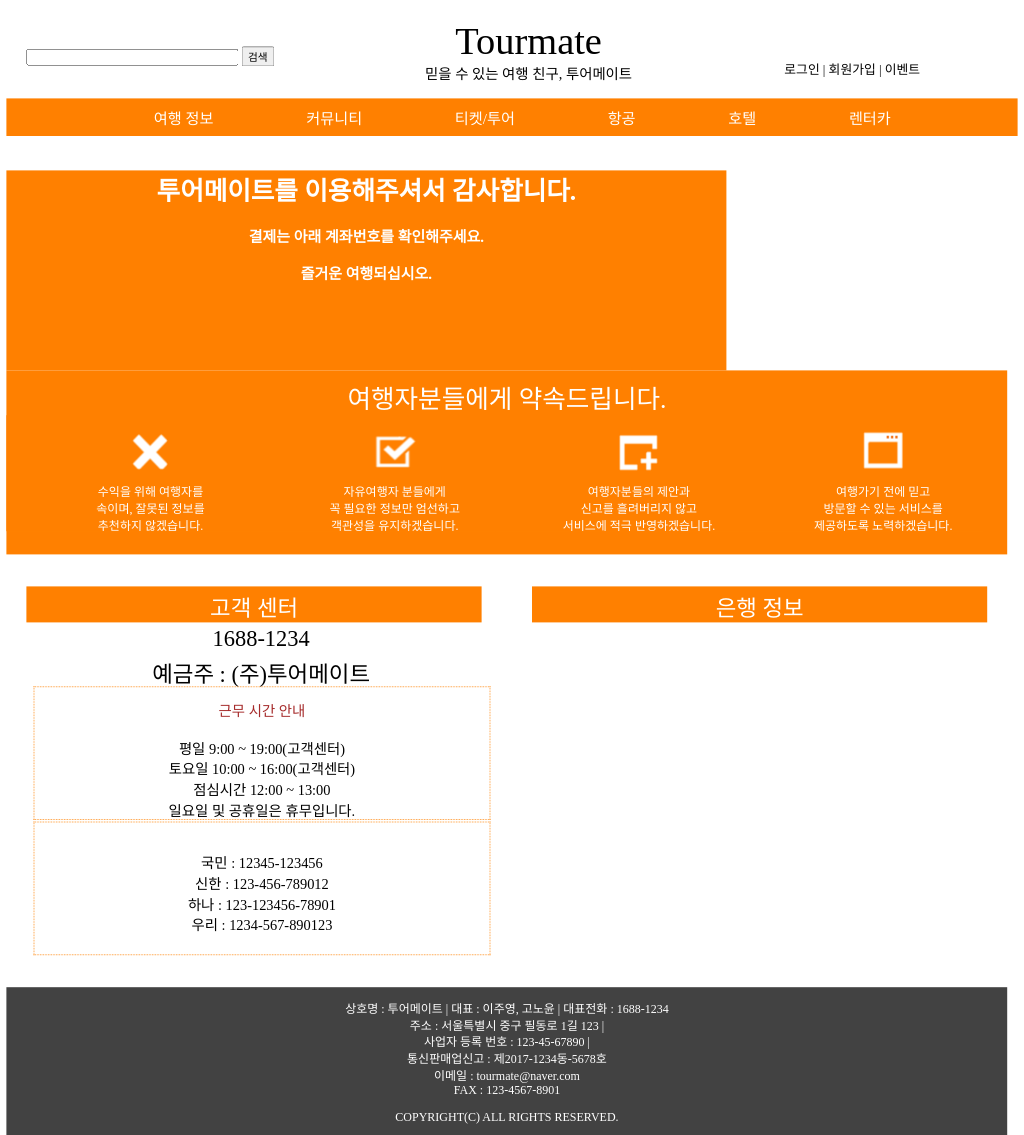
Repository: nohyoonko/2017-2-WP-Tourmate
Page: http://localhost/Tourmate/항공_ok.jsp
The author's editor kept a copy of each file at every save. The page is drawn from the files as they stood at one save, then again after the next save.
The browser window is 1280 px wide. The pictures show the whole page, at 80% of full size.
Some web libraries are served in a nearby version. The page is served by Tomcat 9.

Above is the page before, as saved 2017-12-06 13:18:33.

After the next save:
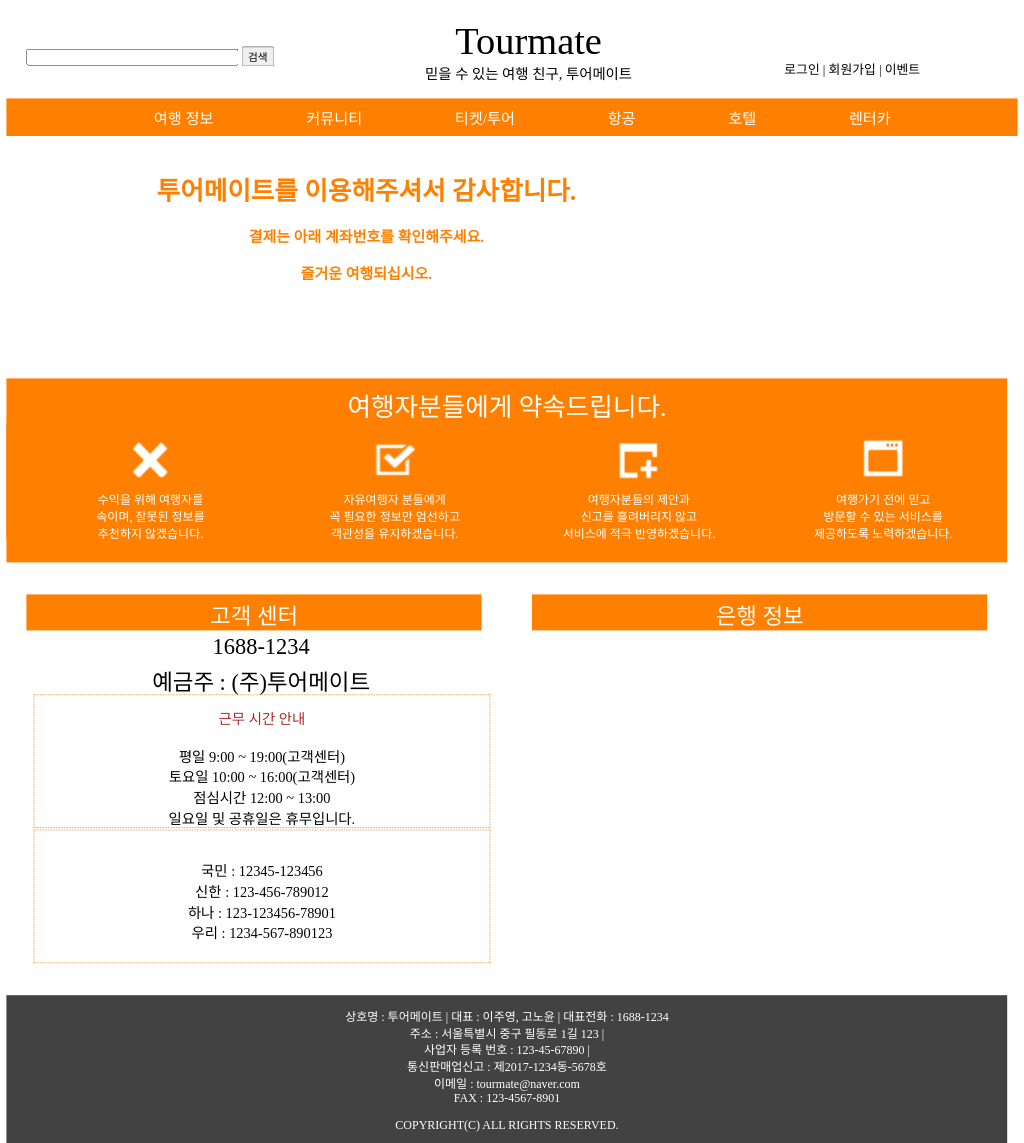
Saved 47 s later.
--- a/eclipse-workspace/Tourmate/WebContent/항공_ok.jsp
+++ b/eclipse-workspace/Tourmate/WebContent/항공_ok.jsp
@@ -9,8 +9,9 @@
 		.orangebox {
          height:250px;
          width:900px;
-         color:white;
-         background-color:#FF8000;
+         color:#FF8000;
+         align:center;
+         margin-bottom:10px;
       }
 		</style>
 	</head>
